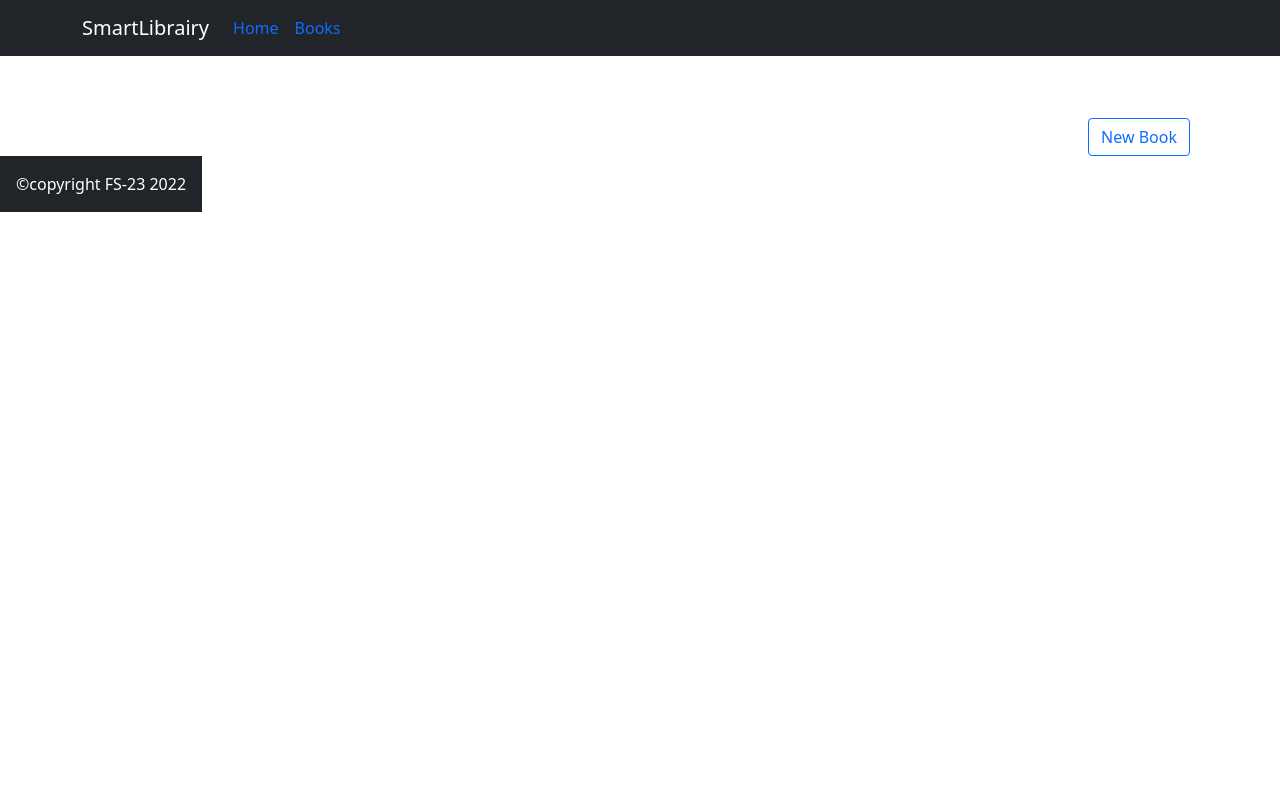
Repository: FS-23/smart-librairy
Page: http://localhost/books/list
The author's editor kept a copy of each file at every save. The page is drawn from the files as they stood at one save, then again after the next save.
The browser window is 1280 px wide. The pictures show the whole page.
The page is served by the project's Laravel application, run on PHP 8.4 with Laravel 9. Queries for data that is not in the repository find no rows.

Above is the page before, as saved 2022-06-10 14:13:17.

After the next save:
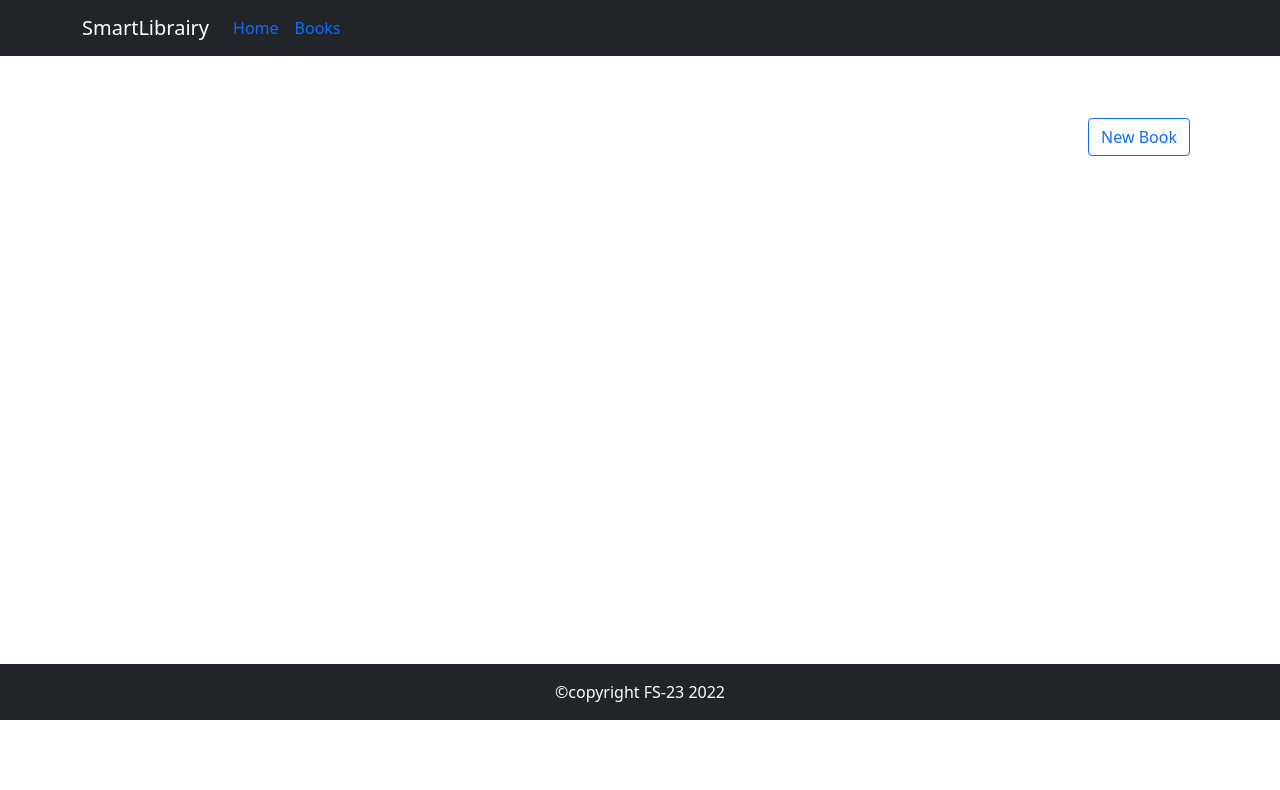
Saved 16 s later.
--- a/resources/views/layout/layout.blade.php
+++ b/resources/views/layout/layout.blade.php
@@ -20,7 +20,9 @@
             margin-top: 70px
         }
         .footer {
-            position: absolute
+            position: absolute;
+            width: 100%;
+            bottom:0
         }
     </style>
     <link rel="stylesheet" href="https://cdn.jsdelivr.net/npm/bootstrap@5.1.3/dist/css/bootstrap.min.css">
